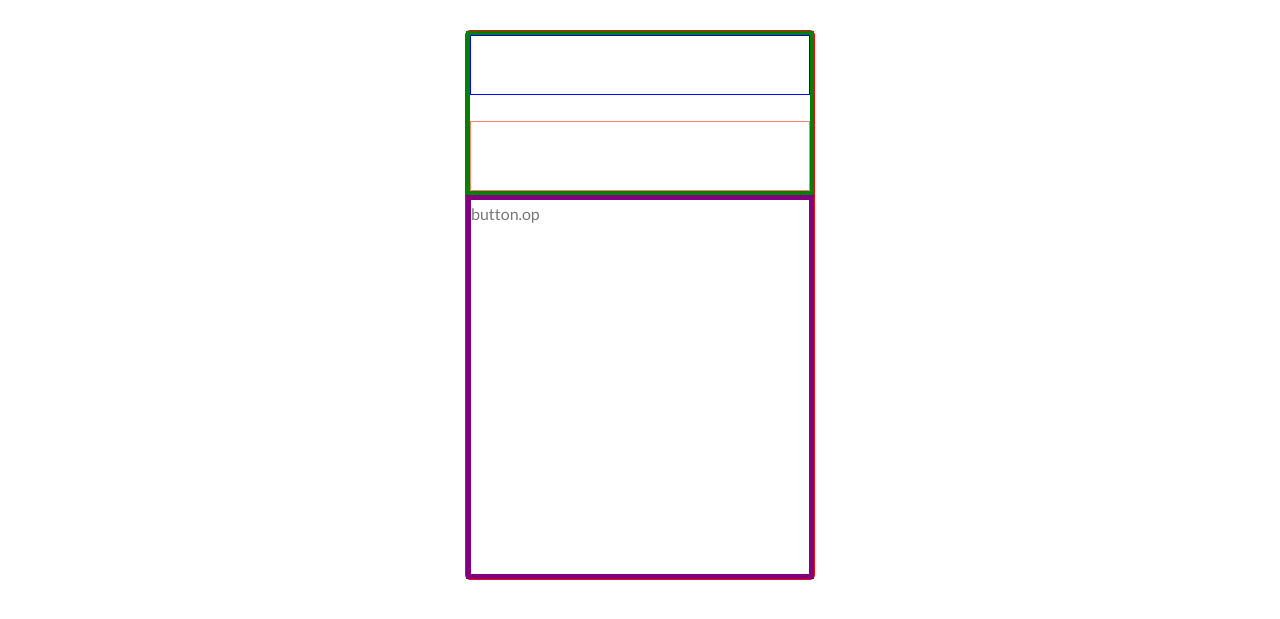
Repository: OfirLana/Calculator
Page: index.html
These files come from the project's save history. The page is drawn as it stood at one moment and after the next save; the edit follows.
The browser window is 1280 px wide. The pictures show the whole page.

Above is the page before, as saved 2019-03-12 18:15:58.

After the next save:
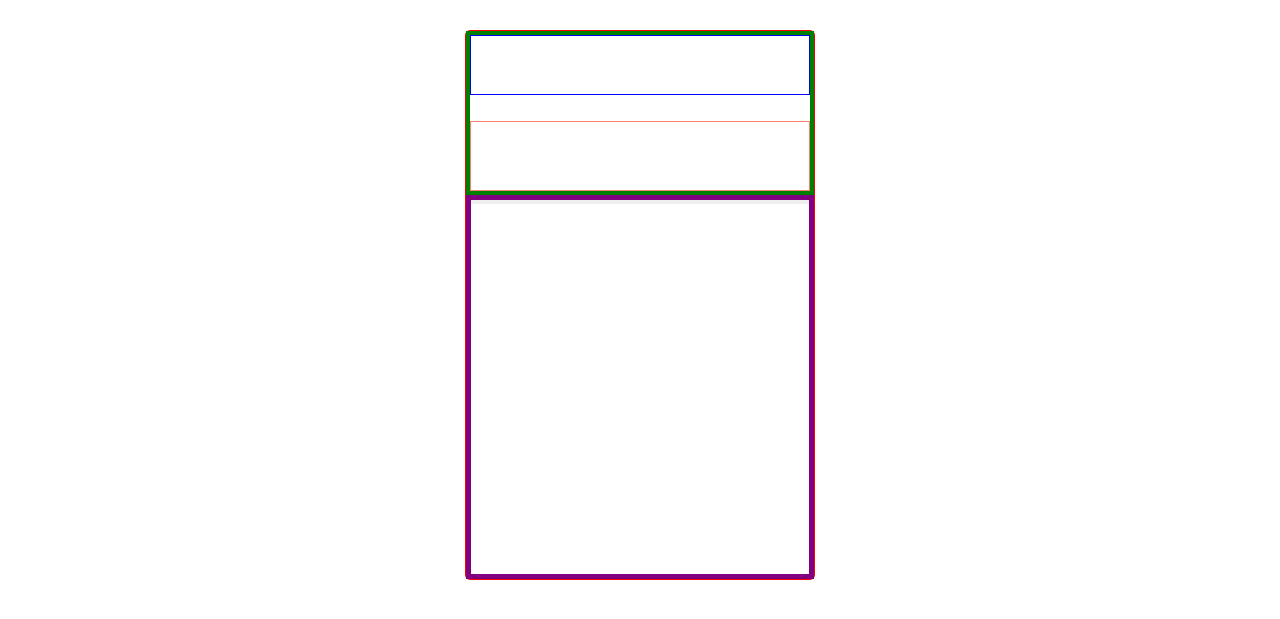
Saved 5 s later.
--- a/index.html
+++ b/index.html
@@ -27,7 +27,7 @@
 
 
         <div class="opeartor_box">
-button.op
+<button class="opeartor"></button>
 
 
         </div>
